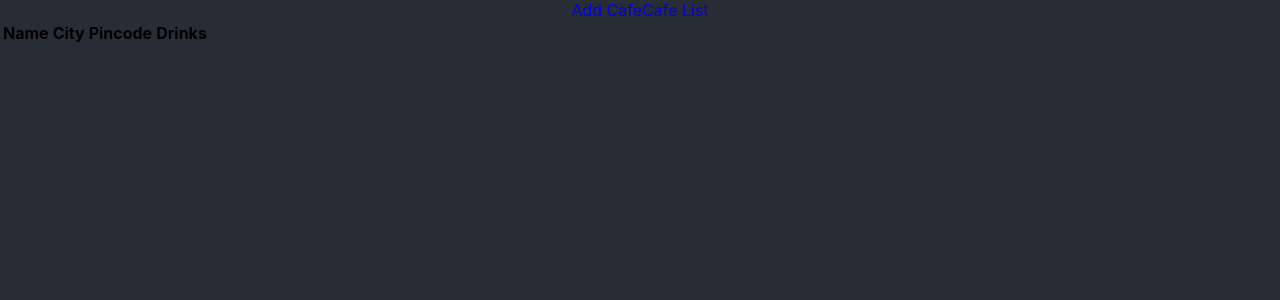
Repository: Surojd/project-cafe
Page: /cafes
These files come from the project's save history. The page is drawn as it stood at one moment and after the next save; the edit follows.
The browser window is 1280 px wide. The pictures show the whole page.
The page's requests for data from a server got no answer. The project was rebuilt for these pictures with package versions that can differ from the ones it lists, and the page was loaded fresh each time. No one was signed in, and anything a server would have sent is missing. Also part of the build but not shown: src/cafe/AddCafe.js.

Above is the page before, as saved 2021-09-01 13:28:54.

### src/index.js
import React from 'react';
import ReactDOM from 'react-dom';
import './index.css';
import App from './App';
import reportWebVitals from './reportWebVitals';

import { BrowserRouter as Router } from 'react-router-dom';
ReactDOM.render(
  <React.StrictMode>
    <Router>
      <App />
    </Router>
  </React.StrictMode>,
  document.getElementById('root')
);

// If you want to start measuring performance in your app, pass a function
// to log results (for example: reportWebVitals(console.log))
// or send to an analytics endpoint. Learn more: https://bit.ly/CRA-vitals
reportWebVitals();

### src/index.css
body {
  background-color: #282c34;
  margin: 0;
  font-family: -apple-system, BlinkMacSystemFont, 'Segoe UI', 'Roboto', 'Oxygen',
    'Ubuntu', 'Cantarell', 'Fira Sans', 'Droid Sans', 'Helvetica Neue',
    sans-serif;
  -webkit-font-smoothing: antialiased;
  -moz-osx-font-smoothing: grayscale;
}

code {
  font-family: source-code-pro, Menlo, Monaco, Consolas, 'Courier New',
    monospace;
}

a{
  text-decoration: none;
}

### src/App.js
import { Link, Redirect, Route, Switch } from 'react-router-dom';
import './App.css';
import { AddCafe, CafeList } from './cafe';

const routes = [
  { path: '/add-cafe', component: AddCafe },
  { path: '/cafes', component: CafeList },
];
function App() {
  return (
    <div className="App">
      <header className="topnav">
        <Link  to="/add-cafe">Add Cafe</Link>
        <Link  to="/cafes">Cafe List</Link>
      </header>
      <container>
        <Switch>
          <div>
            {
              routes.map(item => {
                return <Route  {...item} />
              })
            }
          </div>
        </Switch>
      </container>
    </div>
  );
}

export default App;

### src/App.css
.App {
  text-align: center;
}

.App-logo {
  height: 40vmin;
  pointer-events: none;
}

@media (prefers-reduced-motion: no-preference) {
  .App-logo {
    animation: App-logo-spin infinite 20s linear;
  }
}

.App-header {
  background-color: #282c34;
  min-height: 60px;
  display: flex;
  flex-direction: row;
  align-items: center;
  justify-content: center;
  font-size: calc(10px + 2vmin);
  color: white;
}

.App-link {
  color: #61dafb;
  padding: 10px;
}
container {
  background-color: #282c34;
  width: 100%;
  display: block;
height: calc(100vh-60px);
}
@keyframes App-logo-spin {
  from {
    transform: rotate(0deg);
  }
  to {
    transform: rotate(360deg);
  }
}

### src/cafe/index.js

export { default as AddCafe } from './AddCafe';
export { default as CafeList } from './CafeList';

### src/cafe/CafeList.js
import { collection, onSnapshot, query } from "firebase/firestore";
import React, { useEffect, useState } from 'react';
import firestore from './firebase';

export default function CafeList() {
  const [list, setList] = useState([]);
  useEffect(() => {
    const q = query(collection(firestore, "cafes"));
    const list = [];
    const unsubscribe = onSnapshot(q, { includeMetadataChanges: true }, (querySnapshot) => {
      querySnapshot.docChanges().forEach((change) => {
        const item = change.doc;
        list.push({ id: item.id, ...item.data() })
      });

      setList(list)
    });
    return unsubscribe;
  }, []);
  return (<table>
    <thead>
      <tr>
        <th>Name</th>
        <th>City</th>
        <th>Pincode</th>
        <th>Drinks</th>
      </tr>
    </thead>
    {
      list.map(({ id, name, city, pincode, drinks }, index) => {
        return (
          <tr key={`data-${id}`}>
            <td>{name}</td>
            <td>{city}</td>
            <td>{pincode}</td>
            <td>{drinks}</td>
          </tr>
        )
      })
    }
  </table>);
}

### src/cafe/firebase.js
import { initializeApp } from 'firebase/app'
import { enableIndexedDbPersistence, initializeFirestore, CACHE_SIZE_UNLIMITED } from 'firebase/firestore'
import { getAnalytics } from "firebase/analytics";


const firebaseApp = initializeApp({
  apiKey: "AIzaSyBF1CMLc0WfG_majkcPFVm9eU-DCqGW9BM",
  authDomain: "project-cafe-d8aca.firebaseapp.com",
  projectId: "project-cafe-d8aca",
  storageBucket: "project-cafe-d8aca.appspot.com",
  messagingSenderId: "531282317018",
  appId: "1:531282317018:web:25d8fc0f088be0c68d5fe3",
  measurementId: "G-GNS7C6HN2Y"
});
const firestore = initializeFirestore(firebaseApp, {
  cacheSizeBytes: CACHE_SIZE_UNLIMITED
});

enableIndexedDbPersistence(firestore)
  .catch((err) => {
    if (err.code === 'failed-precondition') {
      console.log('Multiple tabs open, persistence can only be enabled in one tab at a a time.');
    } else if (err.code === 'unimplemented') {
      console.log('The current browser does not support all of the features required to enable persistence.');
    }
  });
export default firestore;
const analytics = getAnalytics(firebaseApp);

Loaded but not shown: public/index.html (common file); src/reportWebVitals.js (common file)

After the next save:
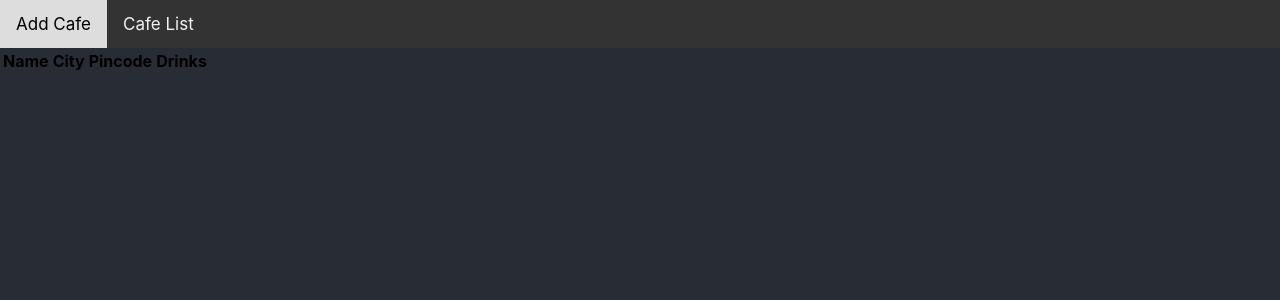
Saved 7 s later.
--- a/src/App.css
+++ b/src/App.css
@@ -42,3 +42,38 @@ height: calc(100vh-60px);
     transform: rotate(360deg);
   }
 }
+
+
+/* Add a black background color to the top navigation */
+.topnav {
+  background-color: #333;
+  overflow: hidden;
+}
+
+/* Style the links inside the navigation bar */
+.topnav a {
+  float: left;
+  display: block;
+  color: #f2f2f2;
+  text-align: center;
+  padding: 14px 16px;
+  text-decoration: none;
+  font-size: 17px;
+}
+
+/* Change the color of links on hover */
+.topnav a:hover {
+  background-color: #ddd;
+  color: black;
+}
+
+/* Add an active class to highlight the current page */
+.topnav a.active {
+  background-color: #04AA6D;
+  color: white;
+}
+
+/* Hide the link that should open and close the topnav on small screens */
+.topnav .icon {
+  display: none;
+}
